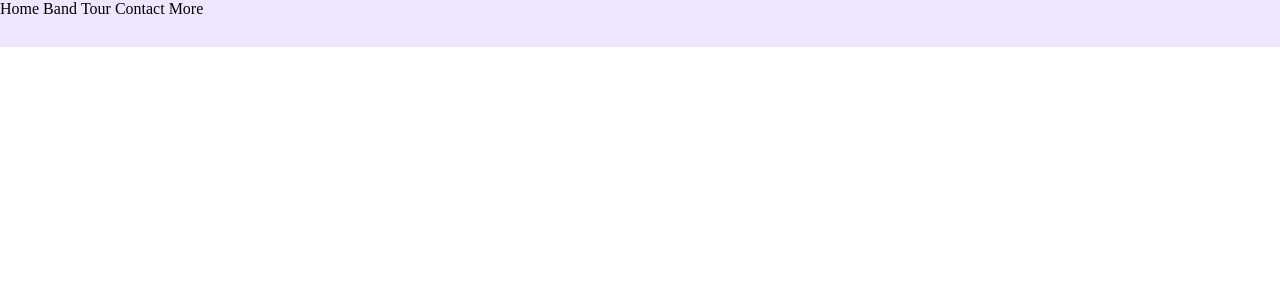
Repository: Ducspdn/WeTheBandF8
Page: w3_band/index.html
The author's editor kept a copy of each file at every save. The page is drawn from the files as they stood at one save, then again after the next save.
The browser window is 1280 px wide. The pictures show the whole page.

Above is the page before, as saved 2023-01-16 15:52:27.

After the next save:
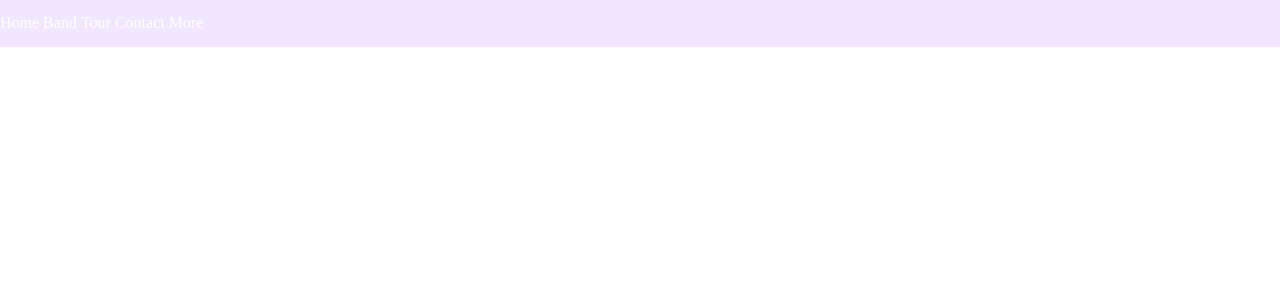
Saved 2 min 26 s later.
--- a/w3_band/index.html
+++ b/w3_band/index.html
@@ -11,12 +11,12 @@
         <div id="header">
             <ul id="nav">
                 <!-- ul#nav>li*5 -->
-                <li><a href=""></a>Home</li>
-                <li><a href=""></a>Band</li>
-                <li><a href=""></a>Tour</li>
-                <li><a href=""></a>Contact</li>
+                <li><a href="">Home</a></li>
+                <li><a href="">Band</a></li>
+                <li><a href="">Tour</a></li>
+                <li><a href="">Contact</a></li>
                 <li>
-                    <a href=""></a>More
+                    <a href="">More</a>
                     <ul class="subnav">
                         <li><a href="">Merchandise</a></li>
                         <li><a href="">Extras</a></li>
